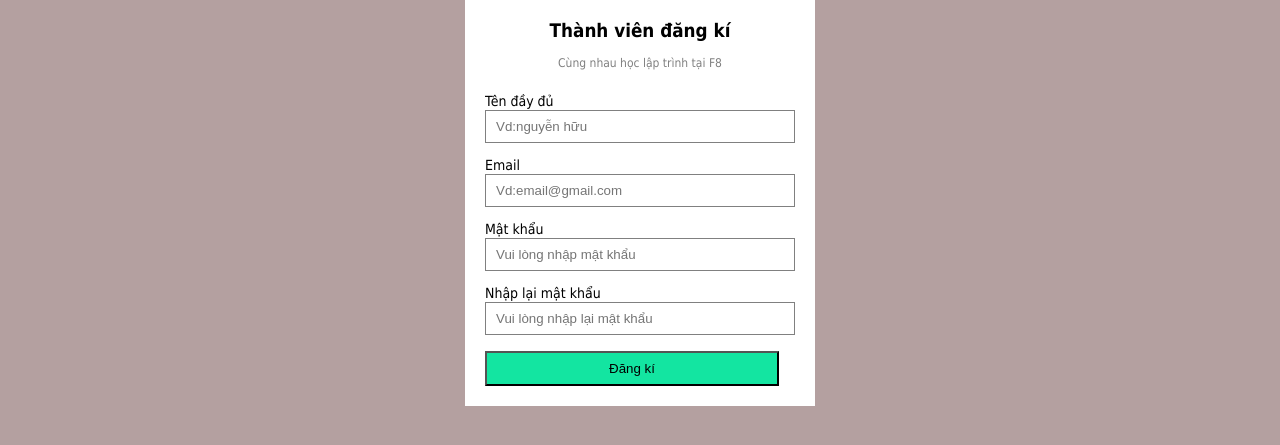
Repository: HuunvDev/Validator
Page: index.html
An editor plug-in stored every save of this project. The page is shown before and after the next save, followed by the edit.
The browser window is 1280 px wide. The pictures show the whole page.

Above is the page before, as saved 2022-08-20 09:46:12.

### index.html
<!DOCTYPE html>
<html lang="en">
<head>
    <meta charset="UTF-8">
    <meta http-equiv="X-UA-Compatible" content="IE=edge">
    <meta name="viewport" content="width=device-width, initial-scale=1.0">
    <title>validator</title>
    <link rel="stylesheet" href="style.css">
</head>
<body>
    <div class="main">
        <form action="" method="POST" class="form" id="form-1">
            <h3 class="heading">Thành viên đăng kí</h3>
            <p class="desc">Cùng nhau học lập trình tại F8</p>
            <div class="pacer"></div>
            <div class="form-group">
                <label for="fullName" class="form-lable">Tên đầy đủ</label><br>
                <input type="text" id="fullName" name="fullName" placeholder="Vd:nguyễn hữu"><br>
                <span class="form-message"></span>
            </div>
            <div class="form-group">
                <label for="email" class="form-lable">Email</label><br>
                <input type="text" id="email" name="email" placeholder="Vd:email@gmail.com"><br>
                <span class="form-message"></span>
            </div>
            <div class="form-group">
                <label for="password" class="form-lable">Mật khẩu</label><br>
                <input type="text" id="password" name="password" placeholder="Vui lòng nhập mật khẩu"><br>
                <span class="form-message"></span>
            </div>
            <div class="form-group">
                <label for="password_confirmation" class="form-lable">Nhập lại mật khẩu</label><br>
                <input type="text" id="password_confirmation" name="password_confirmation" placeholder="Vui lòng nhập lại mật khẩu"><br>
                <span class="form-message"></span>
            </div>
           <button class="form-submit">Đăng kí</button>
        </form>
    </div>
    <script src="main.js"></script>
</body>
</html>

### style.css

*{
    margin:0;
    padding:0;
    overflow: hidden;
    box-sizing: border-box;
}
body{
    background-color:rgb(180, 160, 160);
}
.main {
    width: 350px;
    box-shadow: 0 0 0 rgb(0 0 0 / 10%);
    margin: auto;
    /* margin-top: 50px; */
    padding: 20px;
    background-color: #fff;
    font-family: tahoma;
}
h3.heading {
    text-align: center;
}
p.desc {
    text-align: center;
    font-size: 12px;
    color: grey;
    padding: 15px 0;
}
.form-group {
    padding: 6px 0;
}

label.form-lable {
    font-size: 14px;
}
input {
    width:100%;
    height: 33px;
    outline: none;
    border:1px solid grey;
    padding: 0 10px;
}
input:hover{
    border-color: rgb(23 220 220);
}
button{
    padding:8px 0;
    width:294px;
    background-color: rgb(19 229 161);
    margin-top:10px;
}
span.form-message {
    font-size: 12px;
    color: #d76f6f;
}

### main.js
var fullName = document.getElementById('fullName');
var message = document.getElementsByClassName("form-message");
fullName.onblur = function(){
    if(!fullName.value){
        message.innerText ="Vui lòng nhập trường này";
    }
}

After the next save:
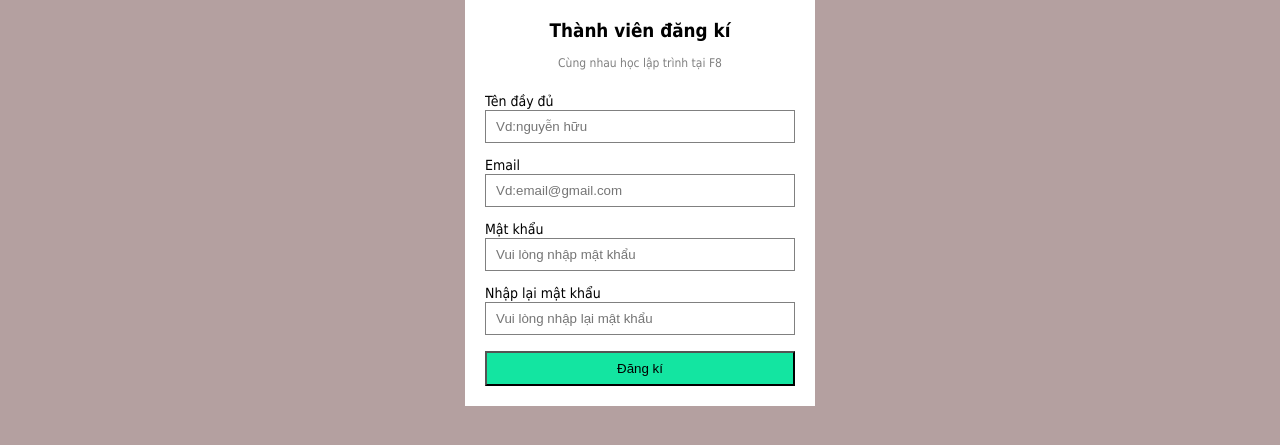
Saved 17 s later.
--- a/style.css
+++ b/style.css
@@ -45,7 +45,7 @@ input:hover{
 }
 button{
     padding:8px 0;
-    width:294px;
+    width:100%;
     background-color: rgb(19 229 161);
     margin-top:10px;
 }
